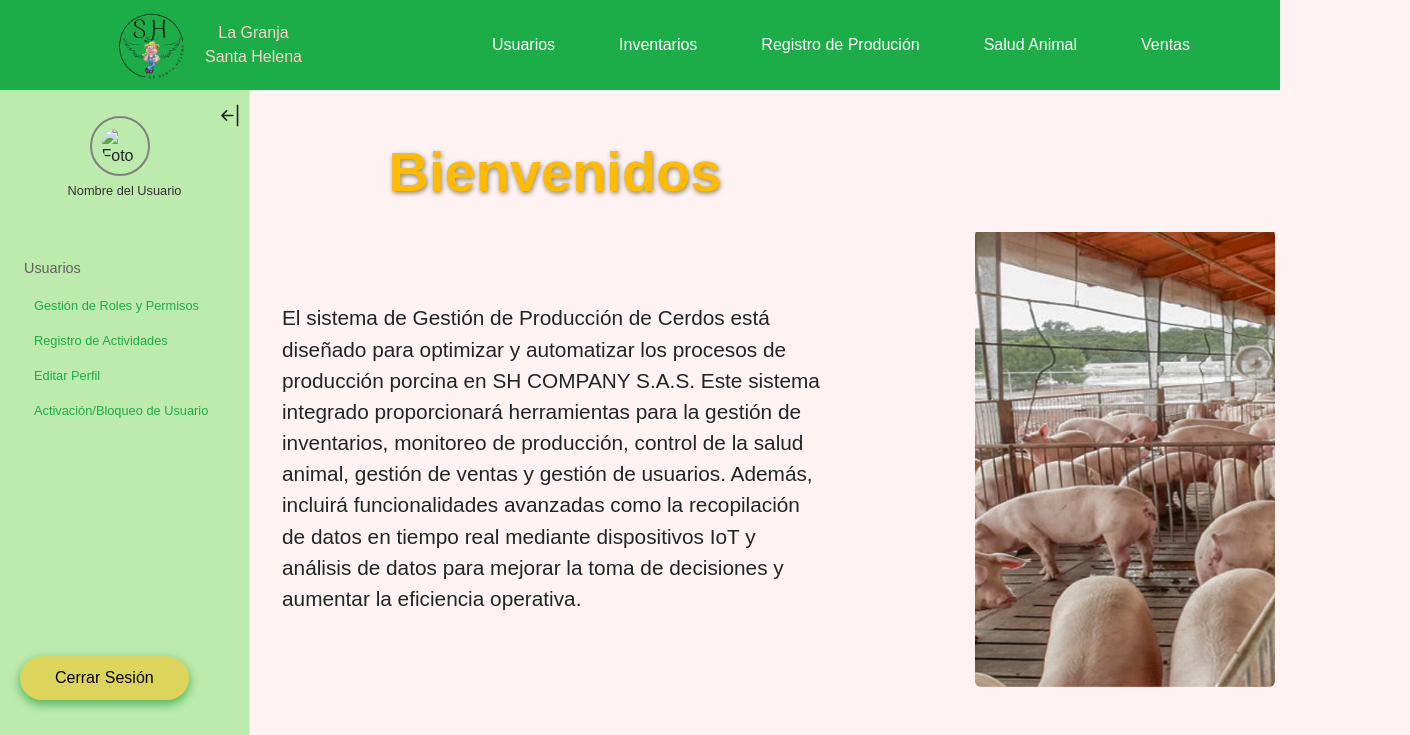
Repository: Mateojimenezz/Granja-Santa-Helena
Page: paginaDeInicio.html
An editor plug-in stored every save of this project. The page is shown before and after the next save, followed by the edit.
The browser window is 1280 px wide. The page is 1410 px wide, then 1360 px, so the pictures cover 1410 px, including what lies to the right of the window. The pictures show the whole page.
After loading, the first visible `a.nav-link` was clicked once.
Some web fonts or font styles are not loaded; a fallback is used.

Above is the page before, as saved 2025-04-07 09:20:20.

### paginaDeInicio.html
<!DOCTYPE html>
<html lang="es">
<head>
    <meta charset="UTF-8">
    <meta name="viewport" content="width=device-width, initial-scale=1.0">
    <title>La Granja</title>
    <link href="https://cdn.jsdelivr.net/npm/bootstrap@5.3.3/dist/css/bootstrap.min.css" rel="stylesheet" integrity="sha384-QWTKZyjpPEjISv5WaRU9OFeRpok6YctnYmDr5pNlyT2bRjXh0JMhjY6hW+ALEwIH" crossorigin="anonymous">

    <link rel="stylesheet" href="./assets/css/index.css">
    <link rel="stylesheet" href="./assets/css/paginaDeInicio.css">
    <link rel="stylesheet" href="https://cdn.jsdelivr.net/npm/bootstrap-icons@1.11.3/font/bootstrap-icons.min.css">
    <link href="https://fonts.googleapis.com/css2?family=Calistoga&display=swap" rel="stylesheet">

  </head>
<body>
  <header class="header sticky-top d-flex  align-items-center ">
    <div class="container d-flex  align-items-center justify-content-between ">
      <div class="logo">
        <img  src="./assets/img/logo.png" width="90" alt="Logo">
        <span>La Granja <br> Santa Helena</span>
      </div>
      <nav class="navbar navbar-expand-lg ">
        <button class="navbar-toggler toggler-focus text-white" type="button" data-bs-toggle="collapse" data-bs-target="#menu" aria-controls="menu" aria-expanded="false" aria-label="Toggle navigation">
          <span class="navbar-toggler-icon"></span>
        </button>
        <div class="collapse navbar-collapse  d-lg-none" id="menu">
          <ul class="navbar-nav ms-auto    gap-md-3 gap-lg-5">
            <li class="nav-item"><a class="nav-link " href="#" >Usuarios</a>
              <ul class="submenu submenu-hidden">
                <li><a class="nav-link" href="#">Gestión de Roles y Permisos</a>
                  <ul class="sub-submenu sub-submenu-hidden">
                    <li><a class="nav-link" href="#">Usuarios</a></li>

                  </ul>
                </li>
                <li><a class="nav-link" href="#">Registro de Actividades</a></li>
                <li><a class="nav-link" href="#">Editar Perfil</a></li>
                <li><a class="nav-link" href="#">Activación/Bloqueo de Usuario</a></li>
              </ul>
            </li>
            <li class="nav-item"><a class="nav-link" href="#">Inventarios</a>
              <ul class="submenu submenu-hidden">
                <li><a class="nav-link" href="#">Bodega de Alimento</a>
                  <ul class="sub-submenu sub-submenu-hidden">
                    <li><a class="nav-link" href="#">Inventario de alimento</a></li>
                    <li><a class="nav-link" href="#">Registro de Diario de consumo</a></li>
                  </ul>
                </li>
                <li><a class="nav-link" href="#">Bodega de Enseres</a></li>
                <li><a class="nav-link" href="#">Dispensario</a></li>
                <li><a class="nav-link" href="#">Laboratorio</a></li>
              </ul>
            </li>
            <li class="nav-item"><a class="nav-link" href="#">Registro de Produción</a>
              <ul class="submenu submenu-hidden">
                <li><a class="nav-link" href="#">Maternidad</a></li>
                <li><a class="nav-link" href="#">Lactancia</a></li>
                <li><a class="nav-link" href="#">Reproductores</a></li>
                <li><a class="nav-link" href="#">Precebo</a></li>
                <li><a class="nav-link" href="#">Ceba</a></li>
              </ul>

            </li>
            <li class="nav-item"><a class="nav-link" href="#">Salud Animal</a></li>
            <li class="nav-item"><a class="nav-link" href="#">Ventas</a></li>
          </ul>
        </div>
        </div>
      </nav>
    </div>
  </header>
  <button id="toggleMenu" class="d-none d-sm-none d-md-block  btn  position-fixed  btn-MenuLateralAbrir ">
    <span><i class="bi bi-arrow-bar-right"></i></span>
  </button>
  <!-- Menú lateral -->
  <div id="sidebar" class=" border-end vh-100 position-fixed start-0 p-3  ">
     <!-- Sección de Usuario -->
  <div id="userInfo" class="user-info d-flex flex-column">
    <img src="" alt="Foto de Usuario" class="user-photo"><!-- foto del usuario -->
    <p class="user-name ">Nombre del Usuario</p>
  </div>
    <button id="closeMenu" class="btn  mb-1 btn-MenuLateralCerrar">
      <span><i class="bi bi-arrow-bar-left"></i></span>
    </button>
    <ul id="sisidebarMenu"  class="nav flex-column" >

    </ul>
     <!-- Botón de Cerrar Sesión -->
  <button id="logoutButton" class="logout-button">Cerrar Sesión</button>
  </div>
  <main class="container">
    <!-- Sección 1 -->
    <section class="row seccion-1">
      <article class="col-12 col-lg-6 d-flex justify-content-center align-items-center mt-5 mb-2">
        <h1 >Bienvenidos</h1>
      </article>
    </section>
    <!-- Sección 2 -->
    <section class="row seccion-2 -gap-10 mt-2">
      <article class="d-flex flex-column align-items-center justify-content-center col-12 col-lg-6 ">
        <p class="text-justify mb-5">
          El sistema de Gestión de Producción de Cerdos está diseñado para optimizar y automatizar
          los procesos de producción porcina en SH COMPANY S.A.S. Este sistema integrado proporcionará herramientas
          para la gestión de inventarios, monitoreo de producción, control de la salud animal, gestión de ventas y gestión de usuarios.
          Además, incluirá funcionalidades avanzadas como la recopilación de datos en tiempo real mediante dispositivos IoT y análisis de datos
          para mejorar la toma de decisiones y aumentar la eficiencia operativa.
        </p>
      </article>
      <!-- Imagen -->
      <article class="col-12 col-lg-6 d-flex justify-content-center align-items-center mb-5 ">
        <img
          src="assets/img/Upload-5a8315b810a15-13022018 1.png"  width="300" height="200"
          class="img-fluid rounded "
          alt="Fotografía de la granja"
        />
      </article>
    </section>
  </main>







  <!-- bootstrap JS -->
  <script src="https://cdn.jsdelivr.net/npm/bootstrap@5.3.3/dist/js/bootstrap.bundle.min.js" integrity="sha384-YvpcrYf0tY3lHB60NNkmXc5s9fDVZLESaAA55NDzOxhy9GkcIdslK1eN7N6jIeHz" crossorigin="anonymous"></script>
  <script src="./assets/js/menu.js"></script>
  <script src="./assets/js/menuLateral.js"></script>
  <script src="./assets/js/submenu.js"></script>
  <script src="./assets/js/menuHandler.js"></script>

</body>

</html>

### assets/css/index.css
@import "./variables.css";

/* === General === */
body {
  margin: 0;
  font-family: var(--font-principal);
  background-color: var(--color-FondoDiv2);
}

/* === Header === */
.header {
  background-color: var(--color-principal);
  color: var(--color-texto);
  font-size: 1rem;
}

.logo {
  display: flex;
  align-items: center;
  gap: 0.5rem;
  color: #FCD1C6;
  text-align: center;
  margin-left: 25px;
}

/* === Botón Ingresar === */
.ingresar,
.ingresar1 {
  color: white !important;
  cursor: pointer;
  display: flex;
  align-items: center;
  gap: 10px;
}

.ingresar {
  margin-left: 110px;
  margin-right: 100px;
}

.ingresar h5:hover,
.ingresar1 h5:hover {
  color: var(--color-fondoDiv);
}

/* === Navbar === */
.navar-nav {
  justify-content: center;
}

.nav-link {
  position: relative;
  color: white;
  text-decoration: none;
  padding: 0.5rem;
  transition: color 0.3s ease-in-out;
}
.nav-link:active{
  color: red;
}

.nav-link::after {
  content: '';
  position: absolute;
  left: 15px;
  bottom: 0;
  width: 0;
  height: 2px;
  background-color: var(--color-FondoDiv2);
  transition: width 0.3s ease-in-out;
}

.nav-link:hover {
  color: var(--color-fondoDiv);
}

.nav-link:hover::after {
  width: 75%;
}

/* === Sección 1 - Imagen Principal === */
.imagen1 {
  width: 100%;
  height: 500px;
  object-fit: cover;
}

.titulo1 {
  position: absolute;
  top: 50%;
  left: 50%;
  transform: translate(-50%, -50%);
  color: white;
  font-size: 4rem;
  font-weight: bold;
  text-shadow: 2px 2px 5px var(--color-principal);
  text-align: center;
}

/* === Sección 3 === */
.seccion-3 {
  background-color: var(--color-fondoDiv);
}

/* === Footer === */
.footer {
  background-color: var(--color-Footter);
  padding-left: 50px;
  padding-bottom: 0px;
  margin-bottom: -50px;
}

.Logofooter {
  max-width: 250px;
  margin-right: 50px;
}

/* === Responsividad === */
@media (max-width: 991px) {

  /* Ajustes en dispositivos pequeños */
  .logo {
    margin-left: -10px;
  }

  .navbar-toggler {
    border: none !important;
  }

  .navbar-toggler:focus,
  .navbar-toggler:active,
  .navbar-toggler:hover {
    outline: none !important;
    box-shadow: 0 0 10px #F8E91C !important;
  }

  /* Ocultar ingresar en pantallas pequeñas y mostrar ingresar1 */
  .ingresar {
    display: none;
  }

  .ingresar1 {
    display: flex;
  }

  .ingresar1 .bi {
    padding-top: 5px;
  }
}

### assets/css/paginaDeInicio.css
@import "./variables.css";

/* === General === */
#sidebar {
  display: none;
  transition: all 0.3s ease; /* Animación opcional */
  background-color: var(--color-menu-lateral);
  width: 250px;
}

#sidebar.open {
  display: block;
}
.btn-MenuLateralAbrir{
  margin-top: -5px;
  margin-left: -10px;
  font-size: 30px;
  font-weight: 700;
  border:none;

}

.btn-MenuLateralCerrar{
  margin-top: -240px;
  margin-left: 190px;
  font-size: 25px;
  border:none;
}
.seccion-1 h1{
    font-family: var(--font-principal);
    color:  #FFBB00;
    font-size: 3.5em;
    font-weight: bold;
    text-shadow: gray 1px 2px 5px;

}
.seccion-2{
  font-size: 1.3em;
  font-family: Arial;
}
/* Submenú dentro del menú lateral */
#sisidebarMenu .submenu {
  margin-left: -10px; /* Ajustar margen */
  list-style: none; /* Eliminar viñetas */
}

/* Ocultar los submenús en el encabezado */
.nav-item .submenu {
  display: none;
}

.nav-item.active .submenu {
  display: block; /* Mostrar submenús al hacer clic en pantallas pequeñas */
}

/* Animación para mostrar el menú lateral */
#sidebar {
  transition: all 0.3s ease;
  max-height: 100vh; /* Asegura que el contenido no exceda la pantalla */
  overflow-y: scroll; /* Habilita el desplazamiento vertical */
  scrollbar-width: thin; /* Reduce el grosor de la barra en Firefox */
  scrollbar-color: transparent transparent; /* Hace la barra invisible en Firefox */

}
#sidebar::-webkit-scrollbar {
  width: 0; /* Oculta la barra de desplazamiento en navegadores basados en WebKit */
}

#sidebar::-webkit-scrollbar-thumb {
  background-color: transparent; /* Asegura que el pulgar sea invisible */
}
/* Estilos para la sección de usuario */
.user-info {
  align-items: center;
  padding: 10px;
}

.user-photo {
  width: 60px;
  height: 60px;
  padding: 10px;
  border: 2px solid grey;
  border-radius: 50%; /* Hace que la imagen sea redonda */
  margin-right: 10px;
}

.user-name {
  font-size: 0.8em;
  margin-top: 5px;
  color: #333;
}

/* Estilos para el botón de cerrar sesión */
.logout-button {
  position: fixed;
  bottom: 20px;
  left: 20px;
  border: none;
  text-align: center;
  cursor: pointer;
  background-color: var(  --color-Botones);
  padding: 10px 35px;
  border-radius: 30px;
  color: black;
  box-shadow: 0 4px 8px 1px  rgba(25, 157, 60, 0.6) /* Sombra verde */
}

.logout-button:hover {
  background-color: #c82333;
  color: white;



}
/* Estilos para los enlaces del menú lateral */
#sidebar .nav-link {
  font-size: 0.9em;
  color: var(--color-TextoMenuLateral); /* Color personalizado para los enlaces */
}
#sidebar .submenu .nav-link {
  font-family: arial;
  font-size:0.8em;
  color:var(--color-principal) !important; /* Color personalizado para el submenú */
}

#sidebar  .nav-link:hover {
  color:var(--color-principal); /* Color activo para los enlaces del submenú */
}


#sidebar .submenu .nav-link:focus{
  color: var(--color-TextoMenuLateral) !important; /* Asegura que el color sea consistente */
  font-weight: bold; /* Resalta el enlace activo */
}
/* estlos para sub-submenu */
/* Submenú y sub-submenú del menú lateral */
#sidebar .submenu,
#sidebar .sub-submenu {
  list-style: none;
  margin-left: 10px; /* Ajustar margen */
  padding: 0; /* Eliminar padding */
  transition: all 0.3s ease-in-out; /* Animación suave */
  display: none; /* Ocultos por defecto */
}

#sidebar .submenu-visible,
#sidebar .sub-submenu-visible {
  display: block !important; /* Mostrados al alternar visibilidad */
}

/* Diferenciación visual para sub-submenús */
#sidebar .sub-submenu {
  padding-left: 20px; /* Sangría para jerarquía */
  border-left: 2px solid #ddd; /* Línea para indicar nivel */
}

/* Opcional: estilos para enlaces activos en el menú lateral */
#sidebar .nav-link:hover {
  background-color: #f5f6f8; /* Fondo azul para destacar */

}








/* === Estilos para pantallas pequeñas === */

@media (max-width: 991px) { /* Para pantallas menores a md */
  #sidebar {
    display: none !important; /* Oculta el menú lateral */
  }


  #toggleMenu, #closeMenu {
    display: none !important; /* Oculta los botones asociados */

  }
  #sidebar.open {
    display: block;
  }
  #sisidebarMenu .submenu {
    margin-left: -10px; /* Ajustar margen */
    list-style: none; /* Eliminar viñetas */
  }


}

### assets/js/menu.js
/* menu en pantalla pequeña */

document.addEventListener("DOMContentLoaded", function () {
    const menuToggle = document.querySelector(".navbar-toggler");
    const logo = document.querySelector(".logo");
    const menu = document.getElementById("menu");

    menuToggle.addEventListener("click", function () {
      const isMenuOpen = menu.classList.contains("show");

      if (isMenuOpen) {
        // Cuando el menú está abierto, restauramos el logo
        logo.style.display = "flex";
      } else {
        // Cuando el menú está cerrado, ocultamos el logo
        logo.style.display = "none";
      }
    });

    // Detectar cuando el usuario cierra el menú automáticamente
    menu.addEventListener("hidden.bs.collapse", function () {
      logo.style.display = "flex";
    });
  });

### assets/js/menuLateral.js
/* aqui se maneja los botones abrir y cerar del menu lateral y el menu del
 header que me abre el menu lateral
con cada item del menu al que le doy clic en el header */

document.addEventListener("DOMContentLoaded", function () {
  const toggleMenu = document.getElementById("toggleMenu");
  const closeMenu = document.getElementById("closeMenu");
  const sidebar = document.getElementById("sidebar");
  const mainContent = document.querySelector("main"); // Contenido principal
  const menuItems = document.querySelectorAll(".nav-item"); // Ítems principales del menú superior
  const sidebarMenu = document.getElementById("sisidebarMenu"); // Contenedor del menú lateral

  // Función que verifica si la pantalla es grande
  function isLargeScreen() {
    return window.innerWidth >= 768; // Define pantallas grandes
  }

  // Limpia el contenido del menú lateral
  function clearSidebarMenu() {
    sidebarMenu.innerHTML = ""; // Limpia el menú lateral
  }

  // Mostrar ítems del menú en el menú lateral con submenús y sub-submenús
  function configureSidebarMenu() {
    clearSidebarMenu();

    menuItems.forEach(item => {
      const submenu = item.querySelector(".submenu");
      const link = item.querySelector(".nav-link");

      const sidebarItem = document.createElement("li");
      sidebarItem.classList.add("nav-item");

      // Clona el enlace principal
      const clonedLink = link.cloneNode(true);
      sidebarItem.appendChild(clonedLink);

      // Si el ítem tiene submenú, clónalo y configúralo
      if (submenu) {
        const clonedSubmenu = submenu.cloneNode(true);
        clonedSubmenu.style.display = "none"; // Ocultar submenú inicialmente

        // Manejo de sub-submenús
        const subSubmenus = clonedSubmenu.querySelectorAll(".sub-submenu");
        subSubmenus.forEach(subSubmenu => {
          subSubmenu.style.display = "none"; // Ocultar sub-submenús inicialmente
          const parentItem = subSubmenu.closest("li");
          const parentLink = parentItem.querySelector(".nav-link");

          // Alternar visibilidad del sub-submenú al hacer clic en el enlace padre
          parentLink.addEventListener("click", function (e) {
            e.preventDefault();
            subSubmenu.style.display = subSubmenu.style.display === "block" ? "none" : "block";
          });
        });

        sidebarItem.appendChild(clonedSubmenu);

        // Alternar visibilidad del submenú al hacer clic en el enlace principal
        clonedLink.addEventListener("click", function (e) {
          e.preventDefault();
          clonedSubmenu.style.display = clonedSubmenu.style.display === "block" ? "none" : "block";
        });
      }

      sidebarMenu.appendChild(sidebarItem);
    });
  }

  // Mostrar/ocultar el menú desde el botón toggle
  toggleMenu.addEventListener("click", function () {
    if (sidebar.style.display === "none" || sidebar.style.display === "") {
      sidebar.style.display = "block"; // Muestra el menú lateral
      configureSidebarMenu(); // Configura el menú lateral con submenús y sub-submenús
      if (isLargeScreen()) {
        mainContent.style.marginLeft = "270px"; // Desplaza el contenido en pantalla grande
      }
    } else {
      sidebar.style.display = "none"; // Oculta el menú lateral
      if (isLargeScreen()) {
        mainContent.style.marginLeft = "0px"; // Restaura el contenido en pantalla grande
      }
    }
  });

  // Cerrar el menú lateral
  closeMenu.addEventListener("click", function () {
    sidebar.style.display = "none"; // Oculta el menú lateral
    if (isLargeScreen()) {
      mainContent.style.marginLeft = "220px"; // Restaura el contenido en pantalla grande
    }
  });

  // Ajuste inicial al cargar la página
  configureSidebarMenu(); // Configura el menú lateral en ambos tamaños de pantalla
});

### assets/js/menuHandler.js
/* aqui se manejael menu lateral , la manera en que se
desplaza cuando se abre el menu igual en pantalla pequeña  con los item del header  */
document.addEventListener("DOMContentLoaded", function () {
  const sidebar = document.getElementById("sidebar"); // Menú lateral
  const mainContent = document.querySelector("main"); // Contenido principal
  const menuItems = document.querySelectorAll(".nav-item"); // Ítems principales del menú superior
  const sidebarMenu = document.getElementById("sisidebarMenu"); // Contenedor del menú lateral

  // Ocultar el menú lateral inicialmente
  sidebar.style.display = "none";

  // Función que verifica si la pantalla es grande
  function isLargeScreen() {
    return window.innerWidth >= 768; // Define pantallas grandes
  }

  // Limpia el contenido del menú lateral
  function clearSidebarMenu() {
    sidebarMenu.innerHTML = ""; // Limpia el menú lateral
  }

  // Mostrar el submenú en el menú lateral al hacer clic en un ítem del header
  function showSubmenuInSidebar(item) {
    clearSidebarMenu(); // Limpia el menú lateral antes de añadir contenido

    const submenu = item.querySelector(".submenu");
    const link = item.querySelector(".nav-link");

    const sidebarItem = document.createElement("li");
    sidebarItem.classList.add("nav-item");

    // Clona el enlace principal
    const clonedLink = link.cloneNode(true);
    sidebarItem.appendChild(clonedLink);

    // Clona y muestra el submenú correspondiente
    if (submenu) {
      const clonedSubmenu = submenu.cloneNode(true);
      clonedSubmenu.style.display = "block"; // Submenú visible

      // Manejo de sub-submenús dentro del submenú clonado
      const subSubmenus = clonedSubmenu.querySelectorAll(".sub-submenu");
      subSubmenus.forEach(subSubmenu => {
        subSubmenu.style.display = "none"; // Ocultar sub-submenús inicialmente

        const parentItem = subSubmenu.closest("li"); // Ítem padre del sub-submenú
        const parentLink = parentItem.querySelector(".nav-link");

        // Alternar visibilidad del sub-submenú al hacer clic en el enlace padre
        parentLink.addEventListener("click", function (e) {
          e.preventDefault();
          subSubmenu.style.display = subSubmenu.style.display === "block" ? "none" : "block";
        });
      });

      sidebarItem.appendChild(clonedSubmenu); // Añade el submenú clonado al ítem
    }

    sidebarMenu.appendChild(sidebarItem); // Añade el ítem completo al menú lateral

    sidebar.style.display = "block"; // Asegúrate de que el menú lateral esté visible
    if (isLargeScreen()) {
      mainContent.style.marginLeft = "270px"; // Desplaza el contenido en pantallas grandes
    } else {
      mainContent.style.marginLeft = "0px"; // No desplaza el contenido en pantallas pequeñas
    }
  }

  // Eventos de clic en los ítems del menú superior (header)
  menuItems.forEach(item => {
    const link = item.querySelector(".nav-link");
    link.addEventListener("click", function (e) {
      e.preventDefault();

      showSubmenuInSidebar(item); // Muestra el submenú en el menú lateral
    });
  });

  // Ajuste dinámico al redimensionar la pantalla
  window.addEventListener("resize", function () {
    if (isLargeScreen()) {
      sidebar.style.display = "block"; // Mantén visible el menú lateral en pantallas grandes
      mainContent.style.marginLeft = "300px"; // Ajusta el margen dinámicamente para evitar que quede oculto
    } else {
      sidebar.style.display = "none"; // Oculta el menú lateral automáticamente en pantallas pequeñas
      mainContent.style.marginLeft = "0px"; // Asegura que el contenido no se desplace
    }
  });
});

### assets/css/variables.css
/* variables.css */
:root {
    --color-principal: #1CAD48 ;
    --color-Botones: rgba(255, 187, 0, 0.47);
    --color-texto: white;
    --color-fondo: #f5f5f5;
    --font-principal: 'calistoga','arial';
    --color-fondoDiv: #F8E91C;
    --color-FondoDiv2:#FFF2F2;
    --color-Footter: #D9D9D9;
    --letra-gris: #B0B0B7;
    --color-menu-lateral:#BDEAAD;
    --color-TextoMenuLateral:#645f5f; /* Color de texto del menú lateral */
  }

Loaded but not shown: assets/js/submenu.js (126 lines, source omitted)

After the next save:
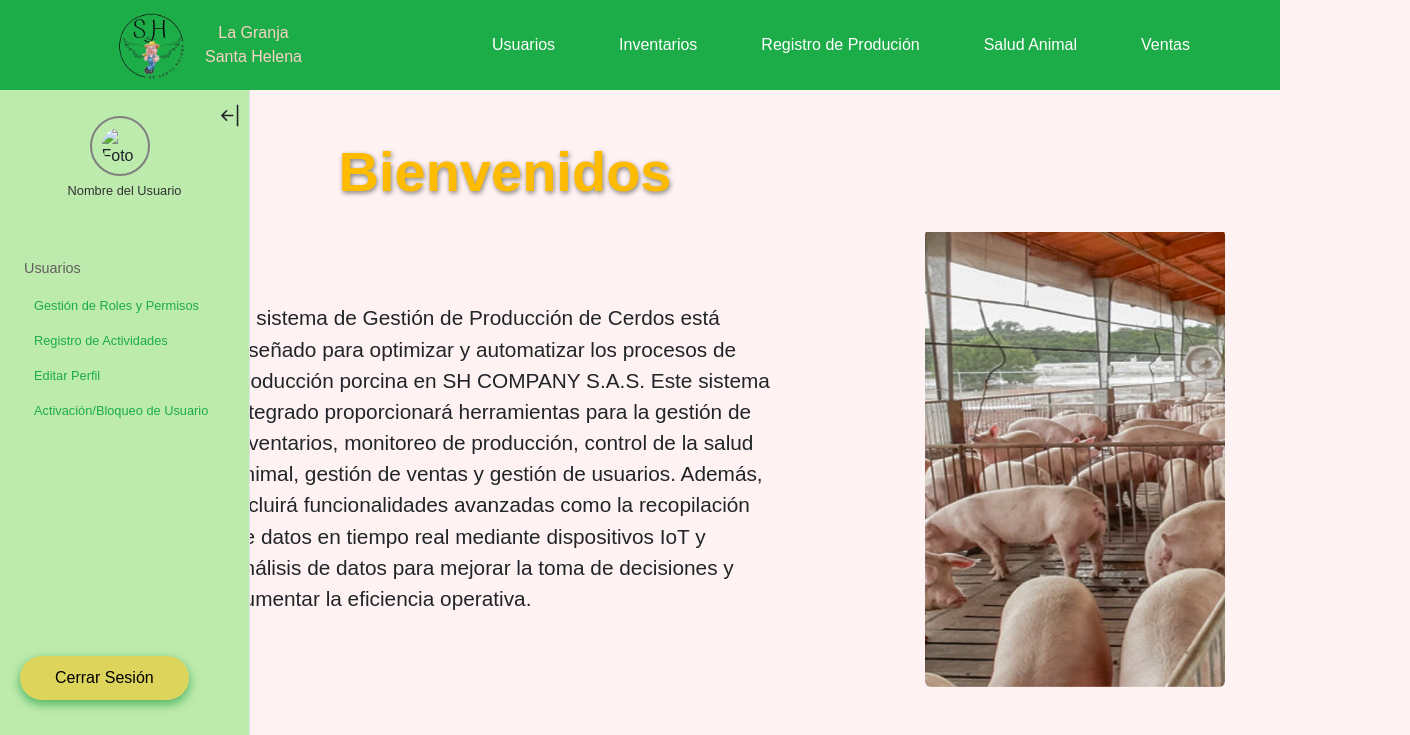
Saved 23 s later.
--- a/assets/js/menuHandler.js
+++ b/assets/js/menuHandler.js
@@ -60,7 +60,7 @@ document.addEventListener("DOMContentLoaded", function () {
 
     sidebar.style.display = "block"; // Asegúrate de que el menú lateral esté visible
     if (isLargeScreen()) {
-      mainContent.style.marginLeft = "270px"; // Desplaza el contenido en pantallas grandes
+      mainContent.style.marginLeft = "220px"; // Desplaza el contenido en pantallas grandes
     } else {
       mainContent.style.marginLeft = "0px"; // No desplaza el contenido en pantallas pequeñas
     }
